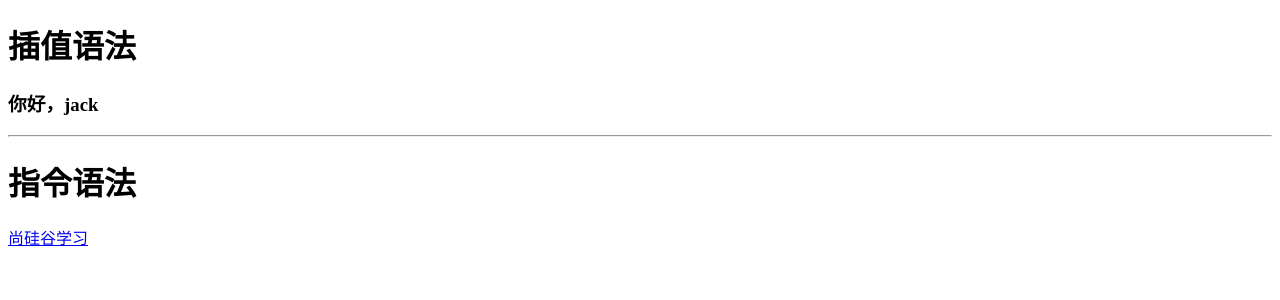
Repository: Lconfident/Learning_Process
Page: Vue/vue_basic/02_Vue模板语法/模板语法.html
An editor plug-in stored every save of this project. The page is shown before and after the next save, followed by the edit.
The browser window is 1280 px wide. The pictures show the whole page.

Above is the page before, as saved 2023-07-16 09:05:53.

### Vue/vue_basic/02_Vue模板语法/模板语法.html
<!DOCTYPE html>
<html lang="en">

<head>
    <meta charset="UTF-8">
    <meta name="viewport" content="width=device-width, initial-scale=1.0">
    <title>模板语法</title>
    <!-- 引入Vue -->
    <script type="text/javascript" src="../../js/vue.js"></script>
</head>

<body>
    <!-- 准备好一个容器 -->
    <div id="root">
        <h1>插值语法</h1>
        <h3>你好，{{name}}</h3>

        <hr>

        <h1>指令语法</h1>
        <a v-bind:href="url">尚硅谷学习</a>

    </div>

    <script type="text/javascript">
        new Vue({
            el:'#root',
            data:{
                name:'jack',
                url:'http://www.atguigu.com'
            }
        })
    </script>
</body>

</html>

Loaded but not shown: Vue/js/vue.js (library)

After the next save:
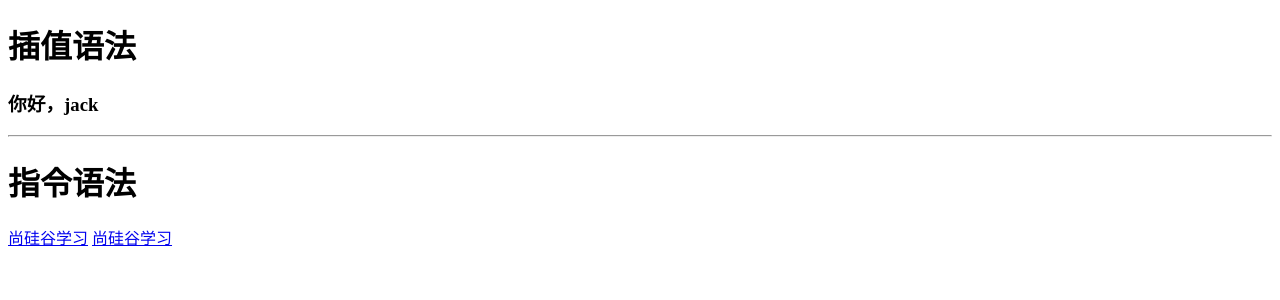
Saved 7 s later.
--- a/Vue/vue_basic/02_Vue模板语法/模板语法.html
+++ b/Vue/vue_basic/02_Vue模板语法/模板语法.html
@@ -20,6 +20,8 @@
         <h1>指令语法</h1>
         <a v-bind:href="url">尚硅谷学习</a>
 
+        <a v-bind:href="url">尚硅谷学习</a>
+
     </div>
 
     <script type="text/javascript">
